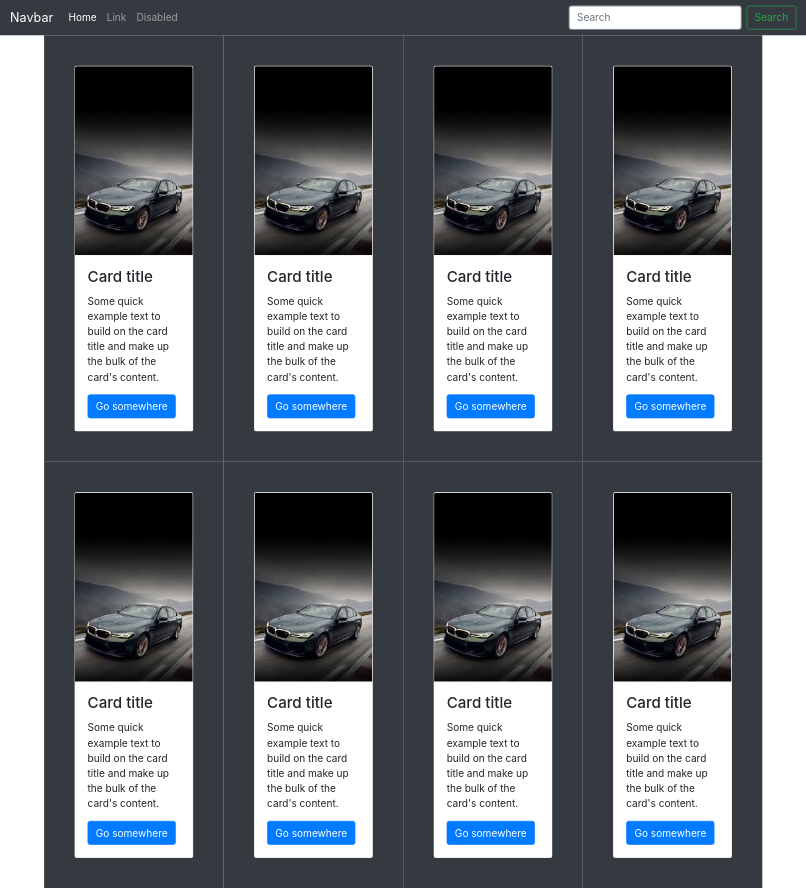
Repository: maqsudov0371/vazifa
Page: http://localhost/products/
The author's editor kept a copy of each file at every save. The page is drawn from the files as they stood at one save, then again after the next save.
The browser window is 1280 px wide. The pictures show the whole page, at 63% of full size.
The page is served by the project's application, run on Django 5.2 (manage.py).

Above is the page before, as saved 2024-07-20 15:38:41.

After the next save:
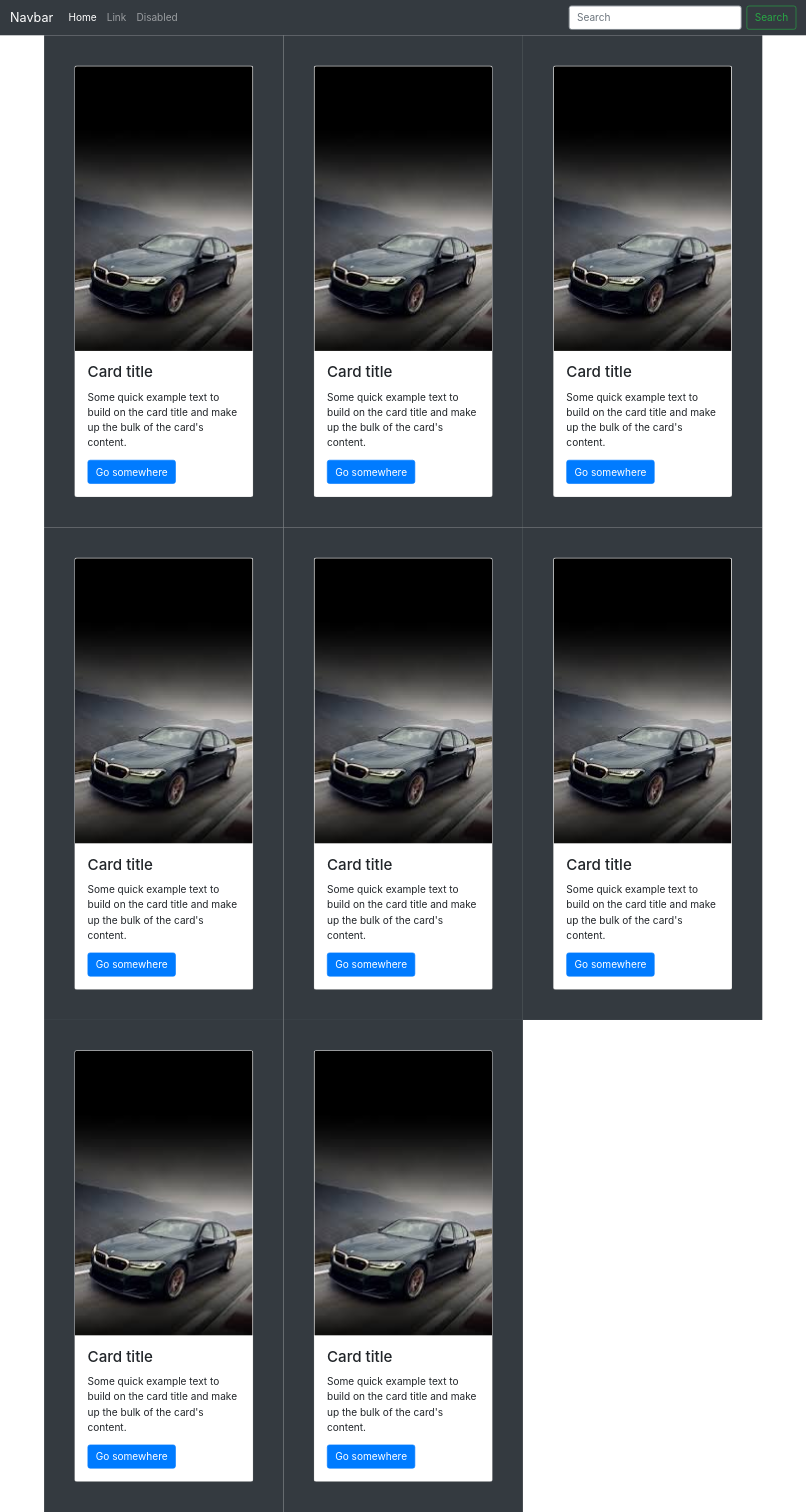
Saved 2 min 45 s later.
--- a/templates/product.html
+++ b/templates/product.html
@@ -40,7 +40,7 @@
         <div class="row">
 
             {% for i in '12345678' %}
-            <div class="col-md-3 bg-dark  p-5">
+            <div class="col-md-4 bg-dark  p-5">
                 <div class="card">
                     <img class="card-img-top" src="data:[embedded picture, 5783 characters]" alt="Card image cap">
                     <div class="card-body">
